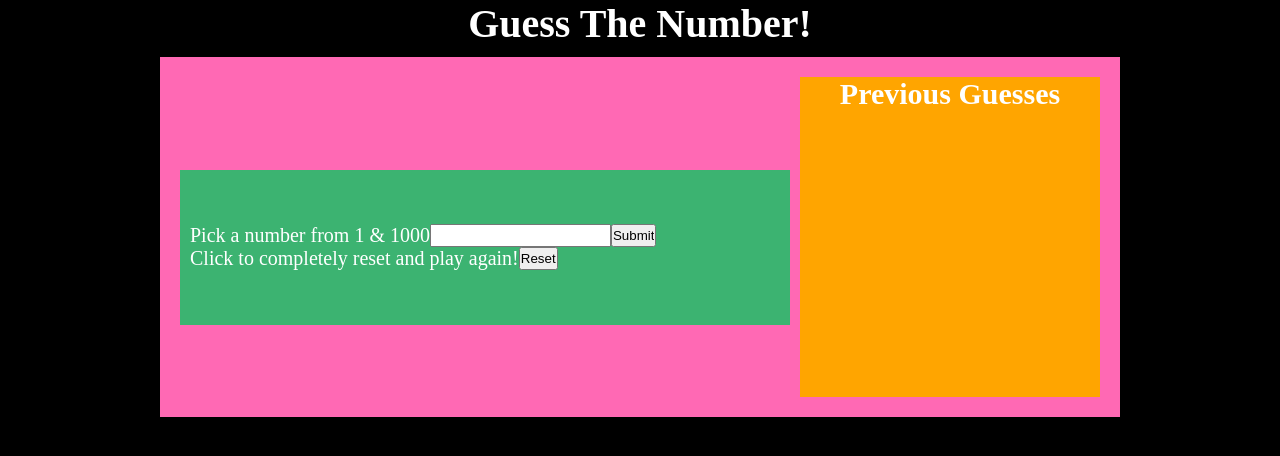
Repository: mlmEFSC21/P14-Guessing-Game
Page: guess.html
The author's editor kept a copy of each file at every save. The page is drawn from the files as they stood at one save, then again after the next save.
The browser window is 1280 px wide. The pictures show the whole page.

Above is the page before, as saved 2022-03-17 14:37:15.

After the next save:
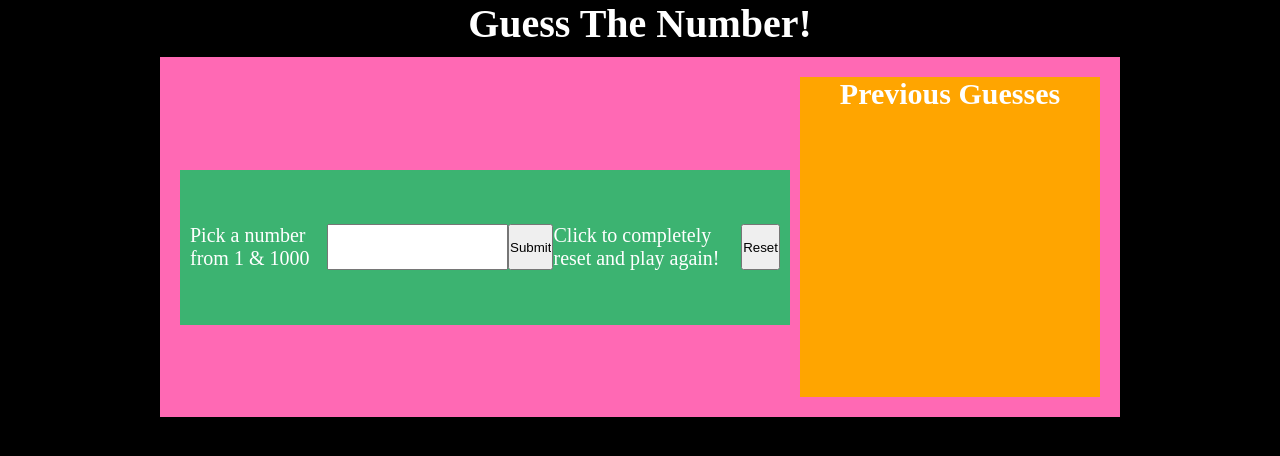
Saved 3 min 9 s later.
--- a/guess.css
+++ b/guess.css
@@ -41,9 +41,7 @@
 }
 .inputForm {
     display: flex;
-    flex-wrap: wrap;
-    /* justify-content: space-around;
-    align-items: space-around; */
+    /* flex-wrap: wrap; */
 }
 .guessesContainer {
     background-color: orange;

After the save that followed:
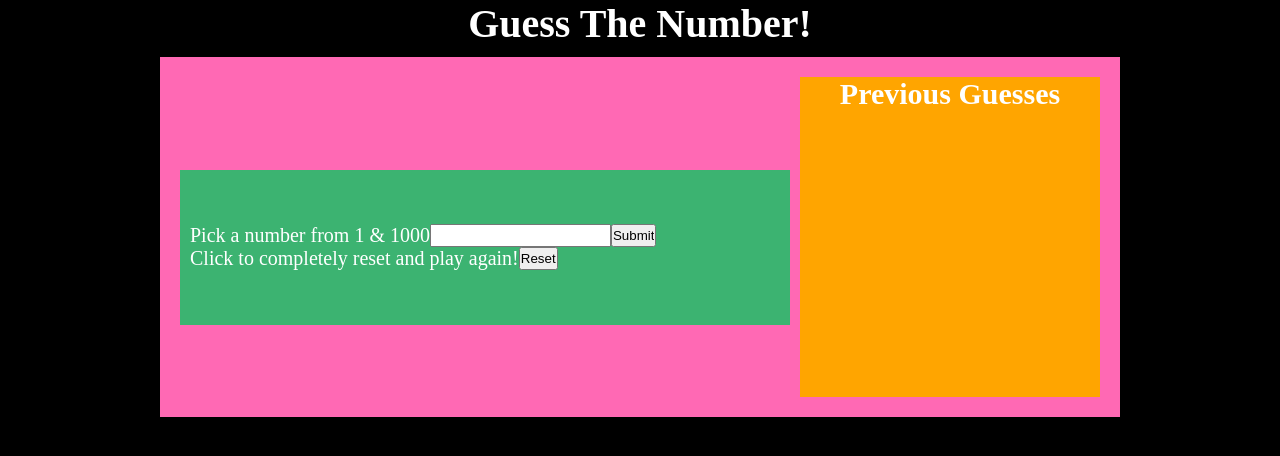
Saved 9 s later.
--- a/guess.css
+++ b/guess.css
@@ -41,7 +41,7 @@
 }
 .inputForm {
     display: flex;
-    /* flex-wrap: wrap; */
+    flex-wrap: wrap;
 }
 .guessesContainer {
     background-color: orange;
